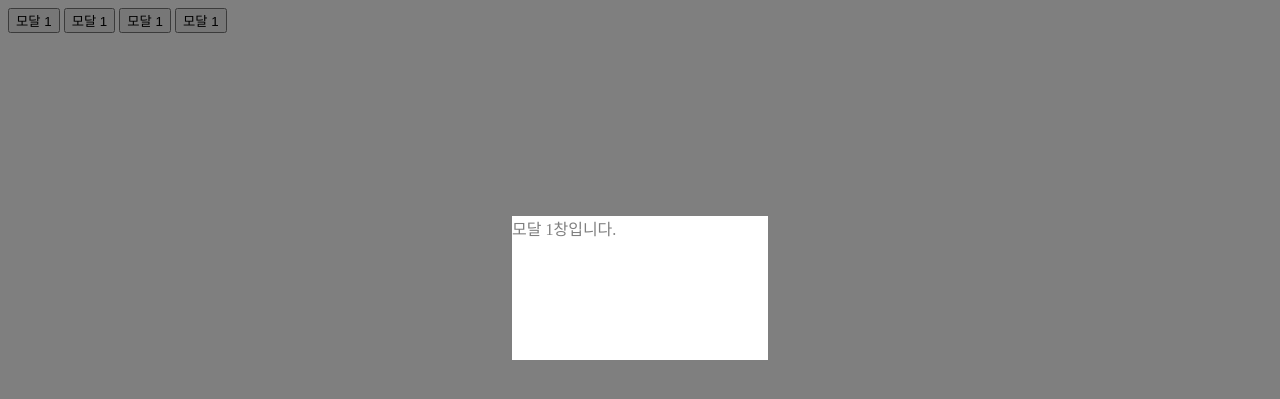
Repository: leetaehyeon123/SpringBaseSources
Page: http://localhost/modal/
An editor plug-in stored every save of this project. The page is shown before and after the next save, followed by the edit.
The browser window is 1280 px wide. The pictures show the whole page.
The page is served by Tomcat 9. Other server files are loaded and not shown.

Above is the page before, as saved 2020-09-01 02:27:25.

### 모달창 소스코드/modal/modal/src/main/webapp/WEB-INF/views/modal.jsp
<%@ page language="java" contentType="text/html; charset=UTF-8"
    pageEncoding="UTF-8"%>
<!DOCTYPE html>
<html>
<head>
<meta charset="UTF-8">
<title>Insert title here</title>
<script type="text/javascript">
function mo1(){

}
function c1(){

}

</script>
</head>
<body>


<input type="button" value="모달 1" onclick="mo1()">
<input type="button" value="모달 1" onclick="modal1()">
<input type="button" value="모달 1" onclick="modal1()">
<input type="button" value="모달 1" onclick="modal1()">




	<div class="modal1,modal"  style="width: 100% ; height: 100vh ; background-color: black; position: fixed; left: 0px; top:0px; opacity: 0.5;">
		<div class="modal1Div" style="width: 20%; height: 20vh; background-color: white; margin: 30vh auto; ">
			<p>모달 1창입니다.</p>

		</div>


	</div>
</body>
</html>

After the next save:
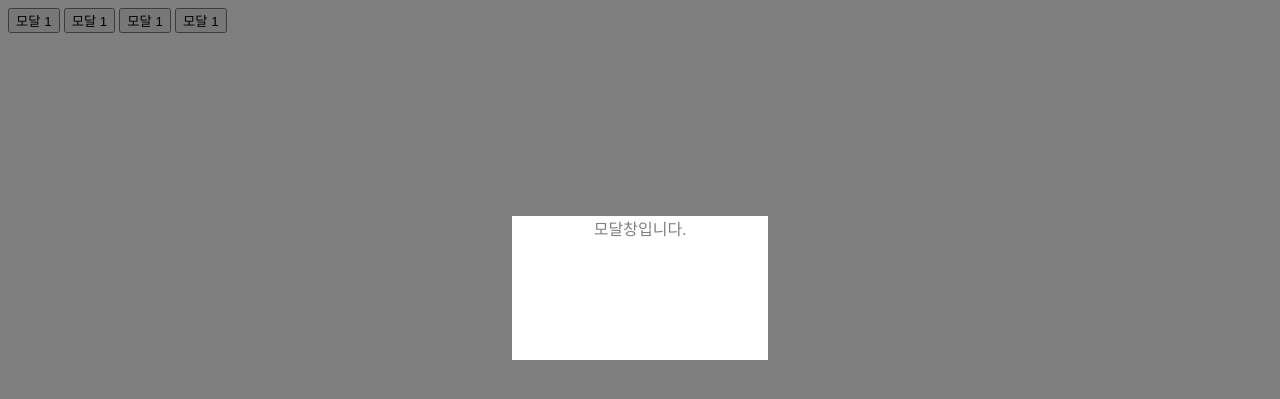
Saved 2 min 15 s later.
--- a/모달창 소스코드/modal/modal/src/main/webapp/WEB-INF/views/modal.jsp
+++ b/모달창 소스코드/modal/modal/src/main/webapp/WEB-INF/views/modal.jsp
@@ -28,8 +28,12 @@ function c1(){
 
 	<div class="modal1,modal"  style="width: 100% ; height: 100vh ; background-color: black; position: fixed; left: 0px; top:0px; opacity: 0.5;">
 		<div class="modal1Div" style="width: 20%; height: 20vh; background-color: white; margin: 30vh auto; ">
-			<p>모달 1창입니다.</p>
-
+				<div	 style="height: 70vh; width: 100%; text-align: center;">
+							<p>모달창입니다.</p>
+				</div>
+				<div 	style="width: 100%; text-align: right">
+						<input type="button" value="닫기">
+				</div>
 		</div>
 
 
